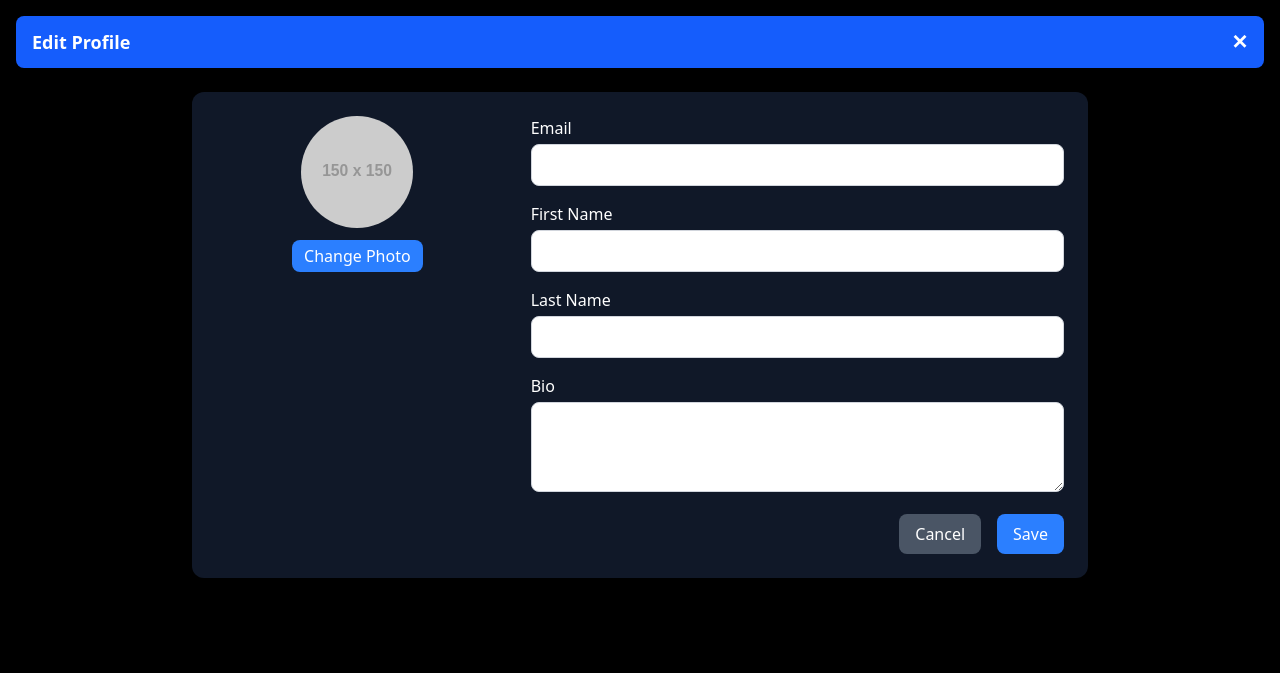
Repository: Tushal27/LinkdPlus-Frontend
Page: /Edit-Profile
An editor plug-in stored every save of this project. The page is shown before and after the next save, followed by the edit.
The browser window is 1280 px wide. The pictures show the whole page.
The page's requests for data from a server got no answer. The project was rebuilt for these pictures with package versions that can differ from the ones it lists, and the page was loaded fresh each time. No one was signed in, and anything a server would have sent is missing. Also part of the build but not shown: vite.config.js, src/pages/Login.jsx, src/pages/Register.jsx, src/pages/HomePage.jsx, src/pages/Profile.jsx, src/components/CommentsDrawer.jsx, src/pages/Posts.jsx. Imported but missing from the stored project, and not drawn on this page: src/components/PostCard, src/pages/Layout.

Above is the page before, as saved 2025-08-04 01:35:56.

### src/main.jsx
import { createRoot } from 'react-dom/client'
import AuthProvider from './context/AuthContext.jsx'
import { BrowserRouter } from'react-router-dom'
import './index.css'
import App from './App.jsx'

createRoot(document.getElementById('root')).render(
    <BrowserRouter>
      <AuthProvider>
        <App />
      </AuthProvider>
    </BrowserRouter>
)

### src/context/AuthContext.jsx
import { useState } from "react";
import { AuthContext } from "./authcontext";
import axios from '../api/axios';

export default function AuthProvider({ children }) {
    const [user , setUser] = useState(null);

    const Login = async (email, password) => {
        try{
            const res = await axios.post('/login/', { email, password });
            if (res.data?.access) {
                localStorage.setItem('access', res.data.access);
                localStorage.setItem('refresh', res.data.refresh);
                setUser({email});
                return true;
            }
            else {
                return false;
            }
        } catch (err) {
            console.log(err);
        }
};

   const Register = async (email, password , re_password , first_name, last_name) => {
       try{
           await axios.post('/register/', { email, password , re_password , first_name , last_name });
           return 'success';
       }
       catch (error)
        {
           return error;
       }
   }

   const Logout = () => {
       localStorage.removeItem('access');
       localStorage.removeItem('refresh');
       setUser(null);
   }
   return (
       <AuthContext.Provider value={{user, Login, Register, Logout }}>
           {children}
       </AuthContext.Provider>
   );
}

### src/index.css
@import  "tailwindcss";

.bg-gradient{
   @apply bg-gradient-to-r from-blue-500 via-purple-500 to-pink-500;
}
.input-box{
    @apply w-full p-2 border mb-3 rounded;
}
.flex-center{
    @apply flex justify-center items-center;
}
.button-main{
    @apply text-white rounded-md ring text-2xl px-2 mx-2 focus:ring-blue-500;
}
.h1-main{
    @apply text-2xl sm:text-4xl  md:text-5xl lg:text-7xl
}

### src/App.jsx
import { Routes,Route } from "react-router-dom";
import Login from "./pages/Login";
import Register from "./pages/Register";
import HomePage from "./pages/HomePage";
import Profile from "./pages/Profile";
import Posts from "./pages/Posts";
import EditProfile from "./pages/EditProfile";
export default function App() {
  return (
      <Routes>
        <Route path="/" element={ <HomePage />}/>
        <Route path="/login" element={<Login/>} />
        <Route path="/Register" element={<Register/>} />
        <Route path="/Posts" element={<Posts/>} />
        <Route path="/Profile" element={<Profile/>} />
        <Route path="/Edit-Profile" element={<EditProfile/>} />

      </Routes>
  );
}

### src/context/authcontext.js
import { createContext } from "react";
export const AuthContext = createContext();

export default AuthContext;

### src/api/axios.js
import axios from "axios";

const api = axios.create({
    baseURL: 'http://127.0.0.1:8000/api',
});

axios.interceptors.response.use(
    (config) =>{
        const token = localStorage.getItem('token');
        if (token) {
            config.headers.Authorization = `Bearer ${token}`;
        }
        return config;
    });

export default api;

### src/pages/EditProfile.jsx
import React, { useEffect, useState } from "react";
import api from "../api/axios";
import { useNavigate } from "react-router-dom";

const EditProfile = () => {
  const navigate = useNavigate();
  const [form, setForm] = useState({
    first_name: "",
    last_name: "",
    bio: "",
    email: "",
  });
  const [avatar, setAvatar] = useState(null);
  const [currentAvatar, setCurrentAvatar] = useState(null);
  const [loading, setLoading] = useState(false);

  useEffect(() => {
    const fetchProfile = async () => {
      try {
        const res = await api.get("/profile/");
        setForm({
          first_name: res.data.first_name || "",
          last_name: res.data.last_name || "",
          bio: res.data.bio || "",
          email: res.data.email || "",
        });
        setCurrentAvatar(res.data.avatar);
      } catch (err) {
        console.error("Error fetching profile:", err);
      }
    };
    fetchProfile();
  }, []);

  const handleChange = (e) => {
    setForm({ ...form, [e.target.name]: e.target.value });
  };

  const handleAvatarChange = (e) => {
    setAvatar(e.target.files[0]);
  };

  const handleSave = async () => {
    setLoading(true);
    const formData = new FormData();
    formData.append("first_name", form.first_name);
    formData.append("last_name", form.last_name);
    formData.append("bio", form.bio);
    formData.append("email", form.email);
    if (avatar) formData.append("avatar", avatar);

    try {
      const res = await api.patch("/profile/", formData, {
        headers: { "Content-Type": "multipart/form-data" },
      });

      if (res.status === 200) {
        navigate("/profile"); // ✅ Redirect only on success
      }
    } catch (err) {
      console.error("Profile update failed:", err);
      alert("Failed to update profile. Please try again.");
    } finally {
      setLoading(false);
    }
  };

  return (
    <div className="min-h-screen bg-black text-white p-4">
      {/* Navbar */}
      <div className="flex justify-between items-center bg-blue-600 px-4 py-3 rounded-lg mb-6">
        <h2 className="text-lg font-bold">Edit Profile</h2>
        <button
          onClick={() => navigate("/profile")}
          className="text-xl font-bold"
        >
          ✕
        </button>
      </div>
      <div className="max-w-4xl mx-auto bg-gray-900 p-6 rounded-xl shadow-lg flex flex-col md:flex-row gap-8">
        {/* Avatar Section */}
        <div className="flex flex-col items-center md:w-1/3">
          <img
            src={
              currentAvatar
                ? `http://127.0.0.1:8000${currentAvatar}`
                : "https://via.placeholder.com/150"
            }
            alt="Avatar"
            className="w-28 h-28 rounded-full object-cover mb-3"
          />
          <label className="bg-blue-500 px-3 py-1 rounded-lg cursor-pointer">
            Change Photo
            <input
              type="file"
              onChange={handleAvatarChange}
              className="hidden"
            />
          </label>
        </div>

        {/* Form Section */}
        <div className="flex-1 space-y-4">
          <div>
            <label className="block mb-1">Email</label>
            <input
                type="email"
                name="email"
                value={form.email}
                onChange={handleChange}
                className="w-full p-2 rounded-lg bg-white text-black border border-gray-300 focus:border-blue-400 focus:ring-2 focus:ring-blue-300 outline-none"
            />
          </div>
          <div>
            <label className="block mb-1">First Name</label>
            <input
              type="text"
              name="first_name"
              value={form.first_name}
              onChange={handleChange}
                className="w-full p-2 rounded-lg bg-white text-black border border-gray-300 focus:border-blue-400 focus:ring-2 focus:ring-blue-300 outline-none"
            />
          </div>
          <div>
            <label className="block mb-1">Last Name</label>
            <input
              type="text"
              name="last_name"
              value={form.last_name}
              onChange={handleChange}
                className="w-full p-2 rounded-lg bg-white text-black border border-gray-300 focus:border-blue-400 focus:ring-2 focus:ring-blue-300 outline-none"
            />
          </div>
          <div>
            <label className="block mb-1">Bio</label>
            <textarea
              name="bio"
              value={form.bio}
              onChange={handleChange}
                className="w-full p-2 rounded-lg bg-white text-black border border-gray-300 focus:border-blue-400 focus:ring-2 focus:ring-blue-300 outline-none"
              rows="3"
            />
          </div>

          {/* Action Buttons */}
          <div className="flex justify-end gap-4 mt-4">
            <button
              onClick={() => navigate("/profile")}
              className="bg-gray-600 px-4 py-2 rounded-lg"
            >
              Cancel
            </button>
            <button
              onClick={handleSave}
              disabled={loading}
              className="bg-blue-500 px-4 py-2 rounded-lg hover:bg-blue-700"
            >
              {loading ? "Saving..." : "Save"}
            </button>
          </div>
        </div>
      </div>
      </div>
  );
};

export default EditProfile;

Loaded but not shown: index.html (common file)

After the next save:
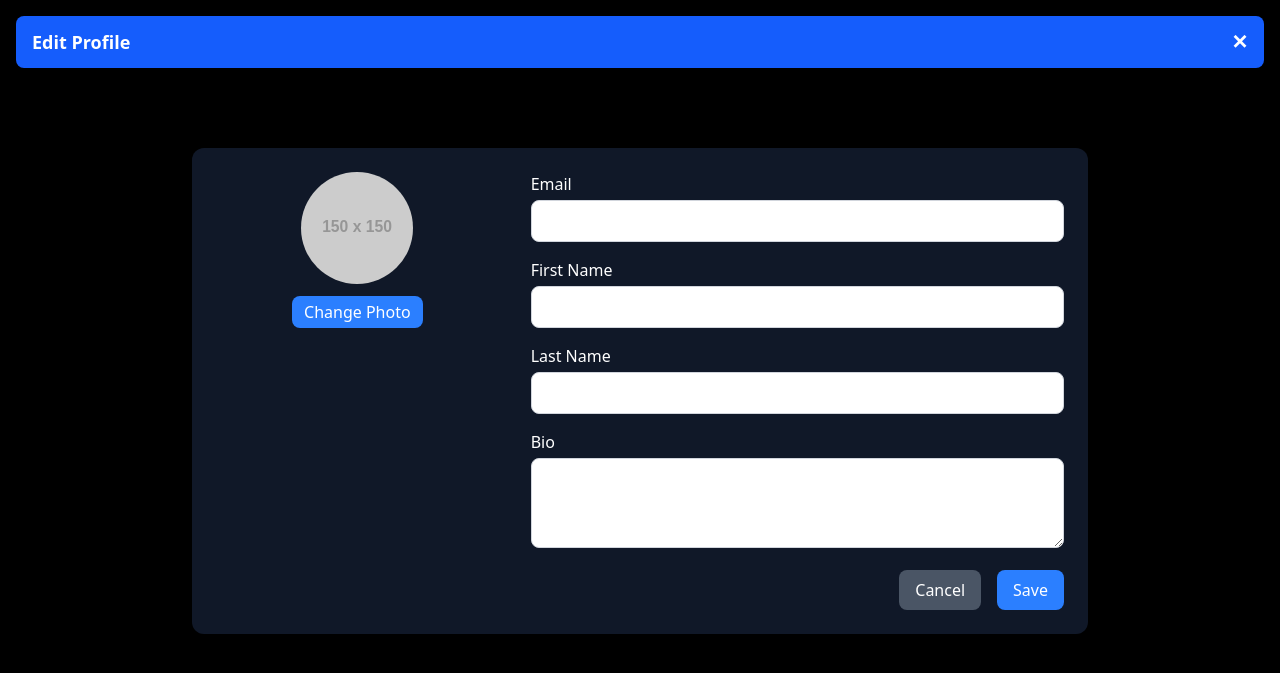
Saved 28 s later.
--- a/src/pages/EditProfile.jsx
+++ b/src/pages/EditProfile.jsx
@@ -68,7 +68,7 @@ const EditProfile = () => {
   return (
     <div className="min-h-screen bg-black text-white p-4">
       {/* Navbar */}
-      <div className="flex justify-between items-center bg-blue-600 px-4 py-3 rounded-lg mb-6">
+      <div className="flex justify-between lg:mb-20 items-center bg-blue-600 px-4 py-3 rounded-lg mb-6">
         <h2 className="text-lg font-bold">Edit Profile</h2>
         <button
           onClick={() => navigate("/profile")}
